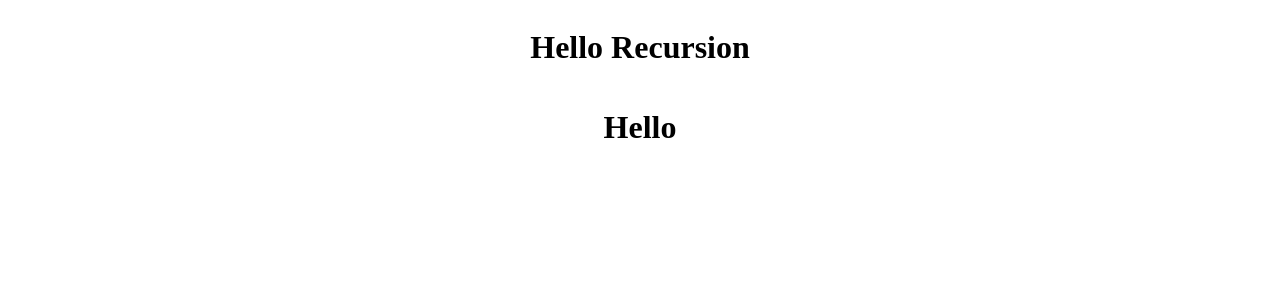
Repository: teamdev-testBlue/task1
Page: index.html
An editor plug-in stored every save of this project. The page is shown before and after the next save, followed by the edit.
The browser window is 1280 px wide. The pictures show the whole page.

Above is the page before, as saved 2023-03-19 18:20:29.

### index.html
<!DOCTYPE html>
<html lang="ja">
<head>
    <meta charset="UTF-8">
    <meta http-equiv="X-UA-Compatible" content="IE=edge">
    <meta name="viewport" content="width=device-width, initial-scale=1.0">
    <title>初心者チーム開発</title>
    <link rel="stylesheet" href="style.css">
</head>
<body>
    <div class="container">
        <h1>Hello Recursion</h1>
        <h1>Hello </h1>
    </div>
</body>
</html>

### style.css
.container {
    display:flex;
    flex-flow: column;
    align-items: center;
}

After the next save:
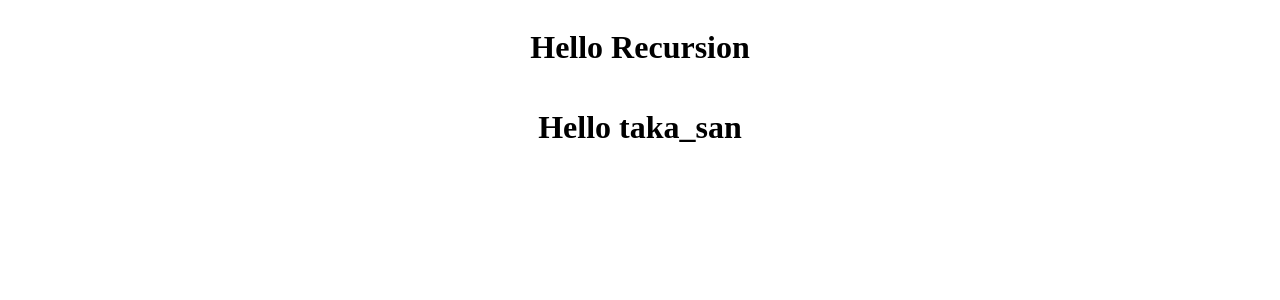
Saved 6 s later.
--- a/index.html
+++ b/index.html
@@ -10,7 +10,7 @@
 <body>
     <div class="container">
         <h1>Hello Recursion</h1>
-        <h1>Hello </h1>
+        <h1>Hello taka_san</h1>
     </div>
 </body>
 </html>
